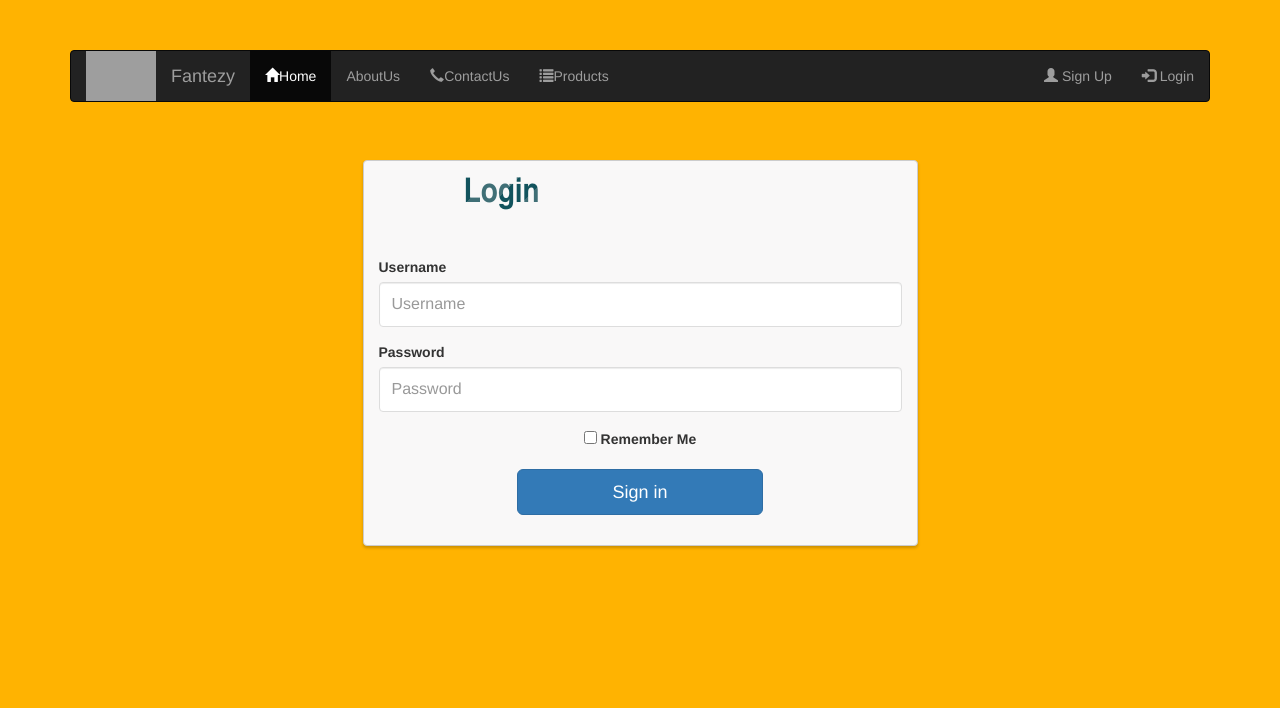
Repository: Safna93/eCommerce-project
Page: http://localhost/FantezyFrontendProject/WEB-INF/views/Login.jsp
The author's editor kept a copy of each file at every save. The page is drawn from the files as they stood at one save, then again after the next save.
The browser window is 1280 px wide. The pictures show the whole page.
Pictures or frames that could not be fetched are drawn as grey boxes. Some web libraries are served in a nearby version. The page is served by Tomcat 9. Nobody is signed in. Other server files are loaded and not shown. The template is opened directly, without the code that normally fills it, so the values that code supplies are empty.

Above is the page before, as saved 2017-07-11 09:45:37.

### Fantezy Project/Fantezy/FantezyFrontendProject/src/main/webapp/WEB-INF/views/Login.jsp
<!DOCTYPE html>
<%@include file="Header.jsp" %>
<html lang="en">
<head>
  <title>Login</title>
  <meta charset="utf-8">
  <meta name="viewport" content="width=device-width, initial-scale=1">
  <%@ taglib uri="http://java.sun.com/jsp/jstl/core" prefix="c" %>
  <link rel="stylesheet" href="https://maxcdn.bootstrapcdn.com/bootstrap/3.3.7/css/bootstrap.min.css">
   <link href="<c:url value="/resources/css/log.css" />" rel="stylesheet">
  <script src="https://ajax.googleapis.com/ajax/libs/jquery/3.2.1/jquery.min.js"></script>
  <script src="https://maxcdn.bootstrapcdn.com/bootstrap/3.3.7/js/bootstrap.min.js"></script>

</head>
<body>


<div id="regContainer" class="container">
      <div class="row">
      <div class="col-md-6 col-md-offset-3">
        <div class="panel panel-login">
          <div class="panel-heading">
            <div class="row">
              <div class="col-xs-6">
                <a href="#" class="active" id="login-form-link">Login</a>
              </div>

            </div>
            <hr>
          </div>
          <div class="panel-body">
            <div class="row">
              <div class="col-lg-12">
                <form id="login-form" action="perform_login" method="post" role="form" style="display: block;">
                  <div class="form-group">
                    <label for="username">Username</label>
                    <input type="text" name="username" id="username" tabindex="1" class="form-control" placeholder="Username" value="" required>
                  </div>
                  <div class="form-group">
                    <label for="password">Password</label>
                    <input type="password" name="password" id="password" tabindex="2" class="form-control" placeholder="Password" required>
                  </div>
                  <div class="form-group text-center">
                    <input type="checkbox" tabindex="3" class="" name="remember" id="remember">
                    <label for="remember"> Remember Me</label>
                  </div>

                  <div class="form-group">
                    <div class="row">
                      <div class="col-sm-6 col-sm-offset-3">
                       <button class="btn btn-lg btn-primary btn-block" type="submit">
                    Sign in</button>
                        </div>
                    </div>
                  </div>
                </form>

              </div>
            </div>
          </div>
        </div>
      </div>
    </div>
  </div>

</body>
</html>

### Fantezy Project/Fantezy/FantezyFrontendProject/src/main/webapp/WEB-INF/views/Header.jsp
<!DOCTYPE html>
<html lang="en">
<head>
<title>Fatntezy-The Girlz Corner</title>
<meta charset="utf-8">
<meta name="viewport" content="width=device-width, initial-scale=1">
<%@ taglib uri="http://java.sun.com/jsp/jstl/core" prefix="c"%>
<link rel="stylesheet"
	href="https://maxcdn.bootstrapcdn.com/bootstrap/3.3.7/css/bootstrap.min.css">
<link href="<c:url value="/resources/css/Head.css" />" rel="stylesheet">
<script
	src="https://ajax.googleapis.com/ajax/libs/jquery/3.2.1/jquery.min.js"></script>
<script
	src="https://maxcdn.bootstrapcdn.com/bootstrap/3.3.7/js/bootstrap.min.js"></script>
</head>
<body>
<body style="background-color: #ffb301">
	<div class="header">
		<div class="container">
			<header style="height: 50px;"></header>
			<!------------- Navbar -------------->
			<nav class="my-nav navbar navbar-inverse bs-dark">
				<div class="navbar-header"></div>


				<div class="collapse navbar-collapse"
					id="bs-example-navbar-collapse-1">
					<ul class="nav navbar-nav">
						<div class="navbar-header">
							<a href="ioo.jsp" class="pull-left"><img
								src="http://dailydropcap.com/images/F-9.jpg"
								width="70" height="50"></a>
							<div class="navbar-brand">Fantezy</div>

							<!--- 	<a class="navbar-brand" href="index.jsp">Gifts</a>  ---->
						</div>


						<li class="active"><a href="ioo"><span
								class="glyphicon glyphicon-home"></span>Home</a></li>

						<li><a href="AboutUs">AboutUs</a></li>
						<li><a href="ContactUs"><span
								class="glyphicon glyphicon-earphone"></span>ContactUs</a></li>
						<li><a href="displayProducts"><span
								class="glyphicon glyphicon-list"></span>Products</a></li>
						</li>

					</ul>
					<ul class="nav navbar-nav navbar-right">
						<li><a href="login"><span
								class="glyphicon glyphicon-log-in"></span> Login</a></li>
					</ul>
					<ul class="nav navbar-nav navbar-right">
						<li><a href="Register"><span
								class="glyphicon glyphicon-user"></span> Sign Up</a></li>

					</ul>
				</div>


				</li>
				</ul>
		</div>
		</nav>
	</div>

	<!----------- !Navbar End ------------>


	</div>

### Fantezy Project/Fantezy/FantezyFrontendProject/src/main/webapp/resources/css/Head.css


.bs-dark.navbar-inverse {
  background-color: #222;
  border-color: #080808;
}
.bs-dark .navbar-img {padding:5px 6px !important;}
.bs-dark .navbar-img img {width:40px;}
.bs-dark .dropdown-menu {
  min-width: 200px;
  padding: 5px 0;
  margin: 2px 0 0;
  background-color: #000;
  border: 1px solid rgba(0, 0, 0, 0.7);
  border: 1px solid rgba(0, 0, 0, .15);
  -webkit-box-shadow: 0 6px 12px rgba(0, 0, 0, .175);
          box-shadow: 0 6px 12px rgba(0, 0, 0, .175);
}

.bs-dark .dropdown-menu .divider {
  border: 1px solid rgba(0, 0, 0, 0.8);
}
.bs-dark .dropdown-menu > li > a {
  padding: 6px 20px;
  color: rgba(255,255,255,0.80);
}
.bs-dark .dropdown-menu > li > a:hover,
.bs-dark .dropdown-menu > li > a:focus {
  color: rgba(255,255,255,0.70);
  text-decoration: none;
  background-color: transparent;
}
.bs-dark .dropdown-menu > .active > a,
.bs-dark .dropdown-menu > .active > a:hover,
.bs-dark .dropdown-menu > .active > a:focus {
  color: rgba(255,255,255,0.70);
  text-decoration: none;
  background-color: transparent;
  outline: 0;
}

.bs-dark .navbar-form {
  margin:0;
  margin-top: 5px;
  padding:8px 0px;
}

.bs-dark .navbar-form .search-box {
  border:0px;
  height:35px;
  outline: none;
  width:320px;
  padding-right: 3px;
  padding-left: 15px;
  margin:4px;
  -webkit-border-radius: 22px;
  -moz-border-radius: 22px;
  border-radius: 22px;
}

.bs-dark .navbar-form button {
  border: 0;
  background: none;
  padding: 2px 5px;
  margin-top: 2px;
  position: relative;
  left: -34px;
  margin-bottom: 0;
  -webkit-border-radius: 3px;
  -moz-border-radius: 3px;
  border-radius: 3px;
}

.bs-dark .search-box:focus + button {
  z-index: 3;
}

@media (min-width: 768px) {
    .bs-dark .dropdown:hover {background-color: #000;}
	.bs-dark .dropdown:hover .dropdown-menu {
	  display: block;
	}
	.bs-dark .navbar-form {
	  padding:0px;
	}
	.bs-dark .navbar-form .search-box {
	  width:260px;
	  height:32px;
	}

}

### Fantezy Project/Fantezy/FantezyFrontendProject/src/main/webapp/resources/css/log.css
#regContainer{
    margin-top: 3%;
}

.panel-login {
    border-color: #ccc;
     background-color: #f9f8f8;
    -webkit-box-shadow: 0px 2px 3px 0px rgba(0,0,0,0.2);
    -moz-box-shadow: 0px 2px 3px 0px rgba(0,0,0,0.2);
    box-shadow: 0px 2px 3px 0px rgba(0,0,0,0.2);
}
.panel-login>.panel-heading {
    text-align:center;
}
.panel-login>.panel-heading a{
    text-decoration: none;
    font-weight: bold;
    font-size: 28px;
    -webkit-transition: all 0.1s linear;
    -moz-transition: all 0.1s linear;
    transition: all 0.1s linear;
}
.panel-login>.panel-heading a.active{
    font-size: 34px;
}
.panel-login>.panel-heading hr{
    margin-top: 10px;
    margin-bottom: 0px;
    clear: both;
    border: 0;
    height: 1px;

}
.panel-login input[type="text"],.panel-login input[type="email"],.panel-login input[type="password"] {
    height: 45px;
    border: 1px solid #ddd;
    font-size: 16px;
    -webkit-transition: all 0.1s linear;
    -moz-transition: all 0.1s linear;
    transition: all 0.1s linear;
}
.panel-login input:hover,
.panel-login input:focus {
    outline:none;
    -webkit-box-shadow: none;
    -moz-box-shadow: none;
    box-shadow: none;
    border-color: #ccc;
}
.btn-login {
    background-color:#3D9DB3;
    outline: none;
    color: #fff;
    font-size: 14px;
    height: auto;
    font-weight: normal;
    padding: 14px 0;
    text-transform: uppercase;
    border-color: #2d92a9;
}
.btn-login:hover,
.btn-login:focus {
    color: #fff;
    background-color: #198da8;
    border-color: #53A3CD;
}
.btn-register {
    background-color: #17ae47;
    outline: none;
    color: #fff;
    font-size: 14px;
    height: auto;
    font-weight: normal;
    padding: 14px 0;
    text-transform: uppercase;
    border-color: #1CB94A;
}
.btn-register:hover,
.btn-register:focus {
    color: #fff;
    background-color: #1CA347;
    border-color: #1CA347;
}

.fullscreen_bg {
    position: fixed;
    top: 0;
    right: 0;
    bottom: 0;
    left: 0;
    background-size: cover;
    background-position: 50% 50%;

    background-repeat:repeat;
  }

.panel-heading a{
    font-size: 48px;
    color: rgb(6, 106, 117);
    padding: 2px 0 10px 0;
    font-family: 'FranchiseRegular','Arial Narrow',Arial,sans-serif;
    font-weight: bold;
    text-align: center;
    padding-bottom: 30px;
}

.panel-heading a{
    background: -webkit-repeating-linear-gradient(-45deg,
    rgb(18, 83, 93) ,
    rgb(18, 83, 93) 20px,
    rgb(64, 111, 118) 20px,
    rgb(64, 111, 118) 40px,
    rgb(18, 83, 93) 40px);
    -webkit-text-fill-color: transparent;
    -webkit-background-clip: text;
}

### Fantezy Project/Fantezy/FantezyFrontendProject/src/main/webapp/WEB-INF/views/Footer.jsp


<html lang="en">
<head>
<title>Fantezy</title>
  <meta charset="utf-8">
  <meta name="viewport" content="width=device-width, initial-scale=1"><!-- Latest compiled and minified CSS -->
<link rel="stylesheet" href="https://maxcdn.bootstrapcdn.com/bootstrap/3.3.4/css/bootstrap.min.css">
<link rel="stylesheet" href="https://cdnjs.cloudflare.com/ajax/libs/font-awesome/4.6.3/css/font-awesome.min.css">
<!-- Optional theme -->
<link rel="stylesheet" href="https://maxcdn.bootstrapcdn.com/bootstrap/3.3.4/css/bootstrap-theme.min.css">
 <!-- jQuery (necessary for Bootstrap's JavaScript plugins) -->
    <script src="https://ajax.googleapis.com/ajax/libs/jquery/1.11.2/jquery.min.js"></script>
<!-- Latest compiled and minified JavaScript -->
<script src="https://maxcdn.bootstrapcdn.com/bootstrap/3.3.4/js/bootstrap.min.js"></script>
  <style>
.panel-footer{
	background-color: black;
	font-style: oblique;
}
body{
	background-color: white;
	font:oblique;
	size:18;
}
.social:hover {
     -webkit-transform: scale(1.1);
     -moz-transform: scale(1.1);
     -o-transform: scale(1.1);
 }
 .social {
     -webkit-transform: scale(0.8);
     /* Browser Variations: */

     -moz-transform: scale(0.8);
     -o-transform: scale(0.8);
     -webkit-transition-duration: 0.5s;
     -moz-transition-duration: 0.5s;
     -o-transition-duration: 0.5s;
 }
/*
    Multicoloured Hover Variations
*/

 #social-fb:hover {
     color: #3B5998;
 }
 #social-tw:hover {
     color: #4099FF;
 }
 #social-gp:hover {
     color: #d34836;
 }
 #social-gh:hover {
     color: black;
 }
</style>
</head>
<body>
<div class="panel-footer">

  <span class="glyphicon glyphicon-copyright-mark"></span>Copyright.Fantezy2017.All Rights Reserved
<div class="text-left left-block">
<a href="AboutUs">AboutUs</a></li>

<a href="ContactUs">Contact & Support</a>
<a href="ProductDesc">Our Products</a>





<div class="text-right right-block">

                <a href="https://www.facebook.com"><i id="social-fb" class="fa fa-facebook-square fa-3x social"></i></a>
	            <a href="https://twitter.com"><i id="social-tw" class="fa fa-twitter-square fa-3x social"></i></a>
	            <a href="https://plus.google.com"><i id="social-gp" class="fa fa-google-plus-square fa-3x social"></i></a>
	            <a href="https://github.com"><i id="social-gh" class="fa fa-github-square fa-3x social"></i></a>
</div>

</div>


</body>
</html>

After the next save:
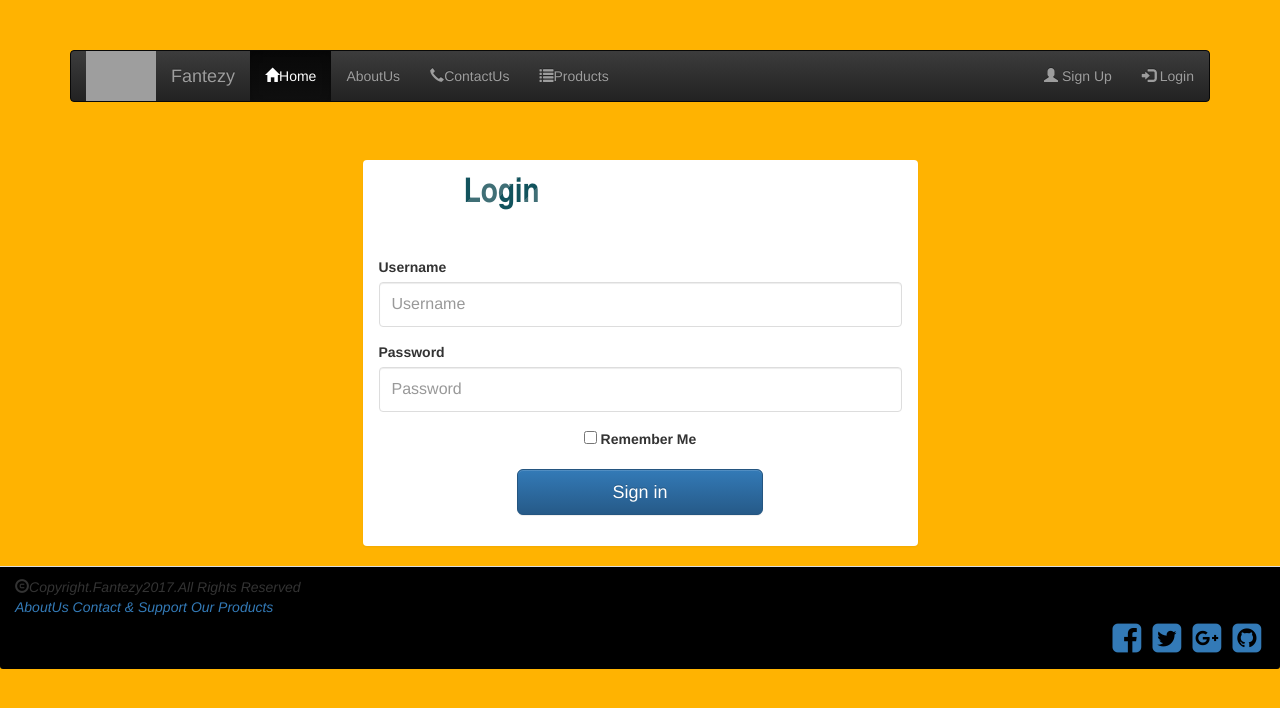
Saved 24 s later.
--- a/Fantezy Project/Fantezy/FantezyFrontendProject/src/main/webapp/WEB-INF/views/Login.jsp
+++ b/Fantezy Project/Fantezy/FantezyFrontendProject/src/main/webapp/WEB-INF/views/Login.jsp
@@ -62,6 +62,6 @@
       </div>
     </div>
   </div>
-
+  <%@include file="Footer.jsp"%>
 </body>
 </html>
